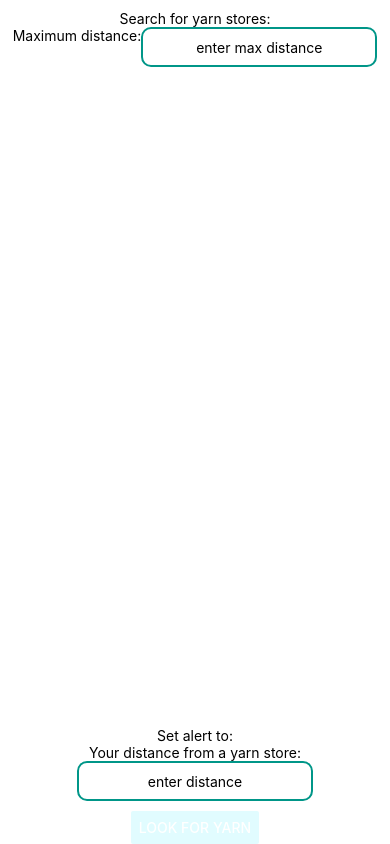
Repository: anuslorah/StashEnhancer
Screen: / (app in StashEnhancer1/)
An editor plug-in stored every save of this project. The screen is shown before and after the next save, followed by the edit.
The app was drawn by React Native's web renderer in a window 390 px wide. The project was rebuilt for these pictures with package versions that can differ from the ones it lists, and the page was loaded fresh each time.

Above is the screen before, as saved 2019-06-27 18:15:47.

### StashEnhancer1/App.js
import React from 'react';
import { StyleSheet, Text, TextInput, Button, View } from 'react-native';

export default function App() {
  return (
    <View style={styles.container}>
      <Text>Search for yarn stores:</Text>
      <View style={styles.row}>
      <Text>Maximum distance:</Text><TextInput
          placeholder="enter max distance"
          underlineColorAndroid='transparent'
          style={styles.TextInputStyle}
          keyboardType={'numeric'}></TextInput>
      </View>
      <Text>Set alert to:</Text>
      <Text>Your distance from a yarn store:</Text><TextInput
          placeholder="enter distance"
          underlineColorAndroid='transparent'
          style={styles.TextInputStyle}
          keyboardType={'numeric'}></TextInput>
      <Button
        // onPress={onPressLearnMore}
        title="look for yarn"
        color="#e1fcff"
        accessibilityLabel="search for yarn stores"
      />
    </View>
  );
}

const styles = StyleSheet.create({
  container: {
    flex: 1,
    backgroundColor: '#fff',
    alignItems: 'center',
    justifyContent: 'center',
    marginTop: 10
  },
  TextInputStyle: {
    textAlign: 'center',
    height: 40,
    borderRadius: 10,
    borderWidth: 2,
    borderColor: '#009688',
    marginBottom: 10,
    padding: 7
  },
  row: {
    flex: 1,
    flexDirection: 'row',
    justifyContent: 'space-between',
    marginBottom: 10
  },
  box: {
    flex: 1,
    height: 100,
    backgroundColor: '#333',
  },
});

After the next save:
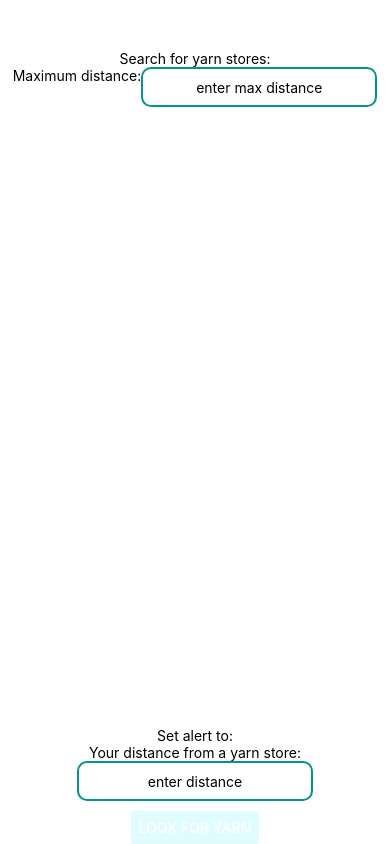
Saved 17 s later.
--- a/StashEnhancer1/App.js
+++ b/StashEnhancer1/App.js
@@ -34,7 +34,7 @@ const styles = StyleSheet.create({
     backgroundColor: '#fff',
     alignItems: 'center',
     justifyContent: 'center',
-    marginTop: 10
+    marginTop: 50
   },
   TextInputStyle: {
     textAlign: 'center',
